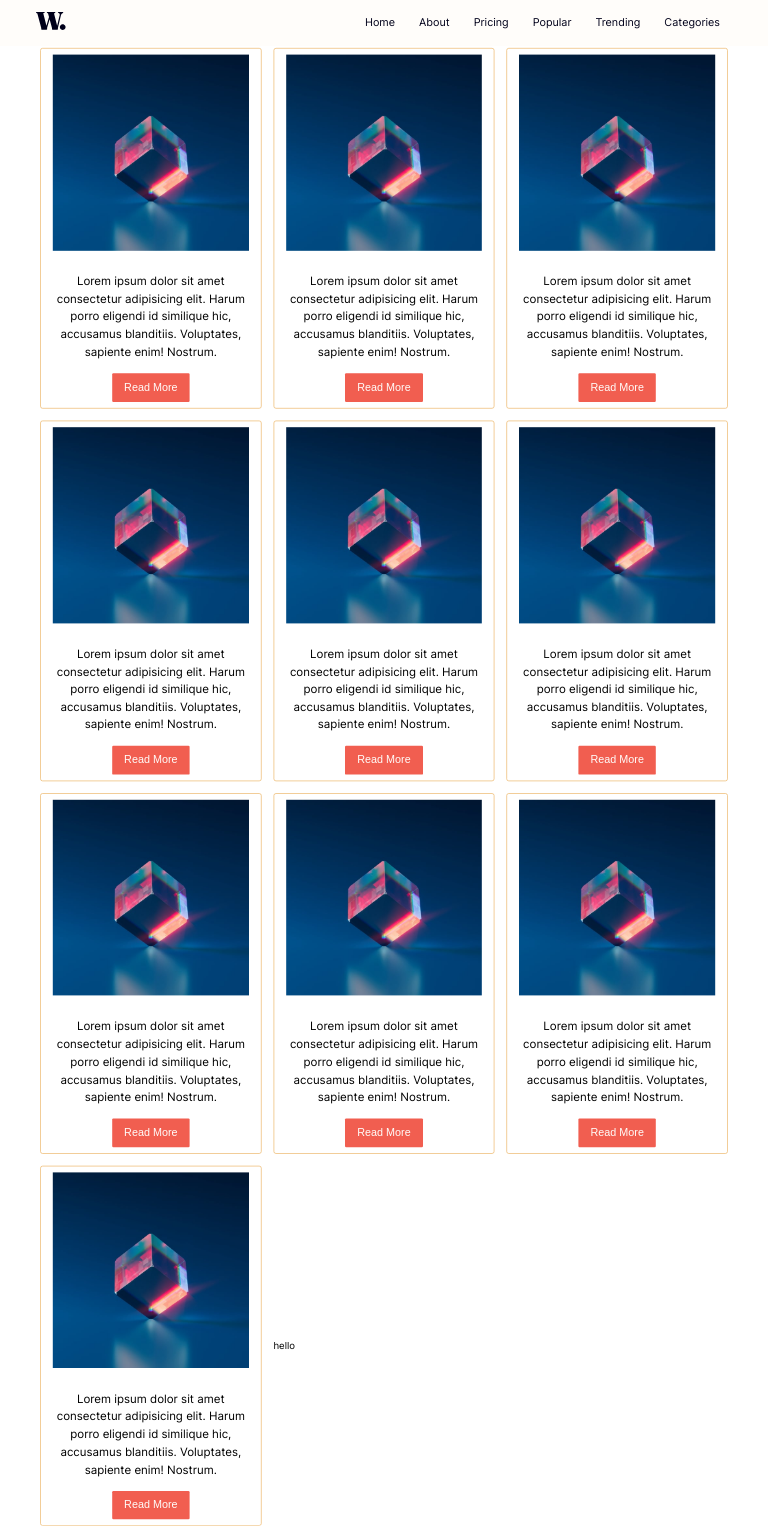
Repository: Benedict-Anthony/web3.0-blog-chain
Page: /trending
An editor plug-in stored every save of this project. The page is shown before and after the next save, followed by the edit.
The browser window is 1280 px wide. The pictures show the whole page, at 60% of full size.
The project was rebuilt for these pictures with package versions that can differ from the ones it lists, and the page was loaded fresh each time. The framework's server and built-in components were replaced by stand-ins that run in the browser. Also part of the build but not shown: next.config.js, styles/styles.css.

Above is the page before, as saved 2022-12-20 08:53:52.

### pages/_app.tsx
import '../styles/globals.scss'
import type { AppProps } from 'next/app'
import NavBar from '../components/NavBar'
import "@/styles/styles.css"
export default function App({ Component, pageProps }: AppProps) {
  return (
    <>
      <NavBar />
      <Component {...pageProps} />
    </>
  )
}

### pages/trending.tsx
import Layout from 'components/Layout'
import React from 'react'
import TrendingStyles from "@/styles/Trending.module.scss"
import Trending from 'components/Trending'

const trending = () => {
    const arr = [1,2,3,4,5,6,7,8,9,0]
  return (
    <Layout>
          <section className={TrendingStyles.section}>
          {arr.map((item) => (
              <Trending key={item}/>
          ))}
              hello
              </section>
    </Layout>

  )
}

export default trending

### styles/globals.scss
:root{
  --SoftOrange: hsl(35, 77%, 62%);
  --SoftRed: hsl(5, 85%, 63%);

  --Red: hsl(0, 78%, 62%);
  --Cyan: hsl(180, 62%, 55%);
  --Orange: hsl(34, 97%, 64%);
  --Blue: hsl(212, 86%, 64%);

  --OffWhite: hsl(36, 100%, 99%);
  --GrayishBlue: hsl(233, 8%, 79%);
  --DarkGrayishBlue: hsl(236, 13%, 42%);
  --VeryDarkBlue: hsl(240, 100%, 5%);
}

@font-face{
  font-family: "Inter";
  src: url("/landing/assets/fonts/static/inter-Bold.ttf");
  src: url("/landing/assets/fonts/static/inter-ExtraBold.ttf");
  src: url("/landing/assets/fonts/static/inter-Regular.ttf");
}

*::after, *::before, *{
  padding: 0;
  margin: 0;
  box-sizing: border-box;
  transition: all .3s ease;
  line-height: 1.54em;
}


ul,li{
  list-style: none;
}

html{
  scroll-behavior: smooth;
}

body{
  font-family: "Inter";
}

.swiper {
    overflow: visible;
}

### components/NavBar.tsx
import React from 'react'
import {useState} from "react"
import Image from 'next/image'
import Link from 'next/link';
import NavBarStyles from "@/styles/navBar.module.scss";

const NavBar = () => {
  const [mobileActive, setMobileActive] = useState(false)
  return (

        <header className={NavBarStyles.header}>
          <nav className={NavBarStyles.nav}>
               <div className="logo">
                <Image src="/landing/assets/images/logo.svg" alt="" width={50} height={30} />
              </div>

              <ul style={{
                right: mobileActive ? "0" : "calc(100vw + 50px)"
              }}>
                  <li><Link href={"/"}>Home</Link></li>
                  <li><Link href={"/about"}>About</Link></li>
                  <li><Link href={"/pricing"}>Pricing</Link></li>
                  <li><Link href={"/popular"}>Popular</Link></li>
                  <li><Link href={"/trending"}>Trending</Link></li>
                  <li><Link href={"/categories"}>Categories</Link></li>

              </ul>

                  <div className={NavBarStyles.toggler} onClick={() => setMobileActive(!mobileActive)}>
                      <Image src={`/landing/assets/images/${mobileActive ? "icon-menu-close.svg" : "icon-menu.svg"}`} alt="" width={25} height={20} />
            </div>

         </nav>
    </header>

  )
}

export default NavBar

### components/Layout.tsx
import React from 'react'
import UtilsStyles from "@/styles/Utils.module.scss";
import {ReactNode} from "react"

type layoutProps = {
    children: ReactNode
}
const Layout = ({children}:layoutProps) => {
  return (
    <main className={UtilsStyles.container}>
      <section className={UtilsStyles.spaceY}>
        {children}
      </section>
      </main>
  )
}

export default Layout

### styles/Trending.module.scss
.article{
    border: 1px solid var(--SoftOrange);
    border-radius: 4px;
    div{
        width: 100%;
        img{
            width: 100%;
        }
    }

    div{
        padding: 10px 20px;
        text-align: center;
        p{
            padding: 10px 0;
            font-size: 1.2rem;
        }
    }
}

.section{
    display: grid;
    grid-template-columns: repeat(auto-fit, minmax(20rem, 1fr));
    justify-content: space-between;
    align-items: center;
    gap: 20px;
}

### components/Trending.tsx
import React from 'react'
import TrendingStyles from "@/styles/Trending.module.scss"
import Button from './Button'
type TrendingProps = {
    news: {
        id: number
    title: string
    date: string
    slug: string
    img:string
}
   }

const Trending = () => {
  return (
    <article className={TrendingStyles.article}>
          <div className='img'>
              <img src="nft/images/image-equilibrium.jpg" alt="" />
          </div>

          <div>
              <p>Lorem ipsum dolor sit amet consectetur adipisicing elit. Harum porro eligendi id similique hic, accusamus blanditiis. Voluptates, sapiente enim! Nostrum.</p>

              <Button title='read more'/>
          </div>
    </article>
  )
}

export default Trending

### styles/navBar.module.scss
.header{
    position: fixed;
    top: 0;
    right: 0;
    left: 0;
    // max-width: 1160px;
    margin: 0 auto;
    padding: 20px;
     background-color: var(--OffWhite);
     z-index:10;
    //  box-shadow:  2px 1px 3px var(--DarkGrayishBlue);
}

.nav{
    display: flex;
    justify-content: space-between;
    align-items: center;
     max-width: 1160px;
    margin: 0 auto;

    .logo{
        width: 50px;
    }

    ul{
        display: flex;
        align-items: center;
        justify-content: space-between;

        li{
            margin: 0 20px;

            a{
                text-decoration: none;
                font-size: 18px;
                color: var(--VeryDarkBlue);
                font-family: "Inter";
                font-weight: 400;
                &:hover{
                    color: var(--SoftRed);
                    cursor: pointer;
                }
            }
        }
    }

    @media(max-width:767px) {
        ul{
            position: absolute;
            top: 0;
            width: 80%;
            background-color: var(--OffWhite);
            box-shadow: 2px 2px 3px var(--DarkGrayishBlue);
            height: 100vh;
            flex-flow: column;
            justify-content: center;
            align-items: flex-start;
            padding-left: 10px;

            li{
                margin: 20px 0;

                a{
                    font-size: 22px;
                }
            }

        }


    }
}



.toggler{
        display: none;


        @media(max-width:767px) {
            display: block;
            z-index: 10;
        }
    }

### styles/Utils.module.scss
.container{
    max-width: 1160px;
    margin: 0 auto;
    overflow:hidden;
    padding: 0 7px;
}

.spaceY{
    padding-top: 2.5rem;
    margin-top: 2.5rem;
}

### components/Button.tsx
import React from 'react'
import ButtonbStyles from "@/styles/Button.module.scss"
type ButtonProps = {
    title:string
}
const Button = ({title}: ButtonProps) => {
  return (
    <button className={ButtonbStyles.button}>
      {title}
    </button>
  )
}

export default Button

### styles/Button.module.scss
.button{
    display: inline-block;
    color: var(--OffWhite);
    padding: 10px 20px;
    border: 0;
    background-color: var(--SoftRed);
    margin-top: 10px;
    font-size: 18px;
    border-radius: 2px;
    text-transform: capitalize;

    &:hover{
        cursor: pointer;
        background-color: var(--VeryDarkBlue);
    }
}

After the next save:
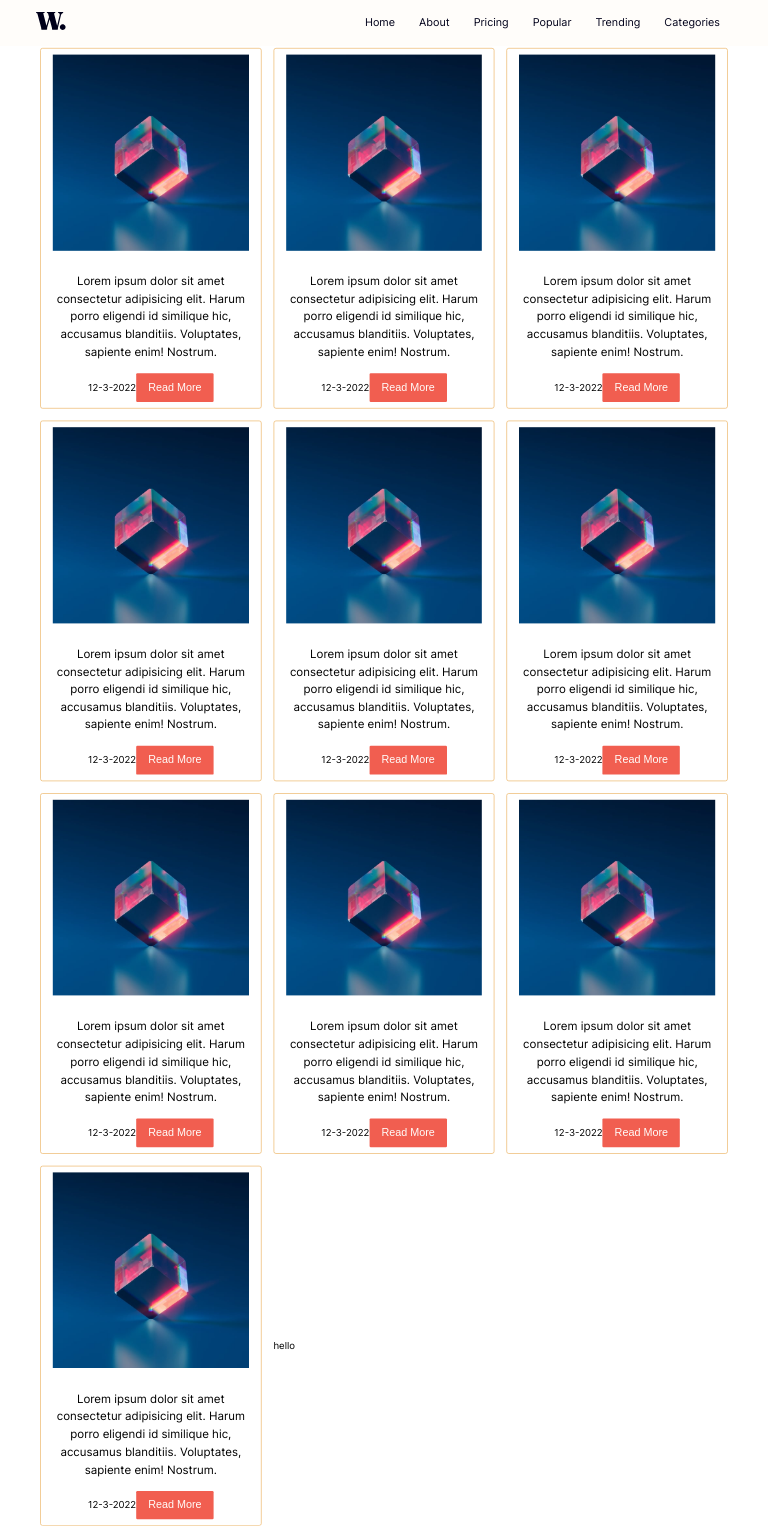
Saved 88 s later.
--- a/components/Trending.tsx
+++ b/components/Trending.tsx
@@ -4,12 +4,12 @@ import Button from './Button'
 type TrendingProps = {
     news: {
         id: number
-    title: string
-    date: string
-    slug: string
-    img:string
+        title: string
+        date: string
+        slug: string
+        img:string
+    }
 }
-   }
 
 const Trending = () => {
   return (
@@ -20,7 +20,7 @@ const Trending = () => {
 
           <div>
               <p>Lorem ipsum dolor sit amet consectetur adipisicing elit. Harum porro eligendi id similique hic, accusamus blanditiis. Voluptates, sapiente enim! Nostrum.</p>
-
+                <span>12-3-2022</span>
               <Button title='read more'/>
           </div>
     </article>
